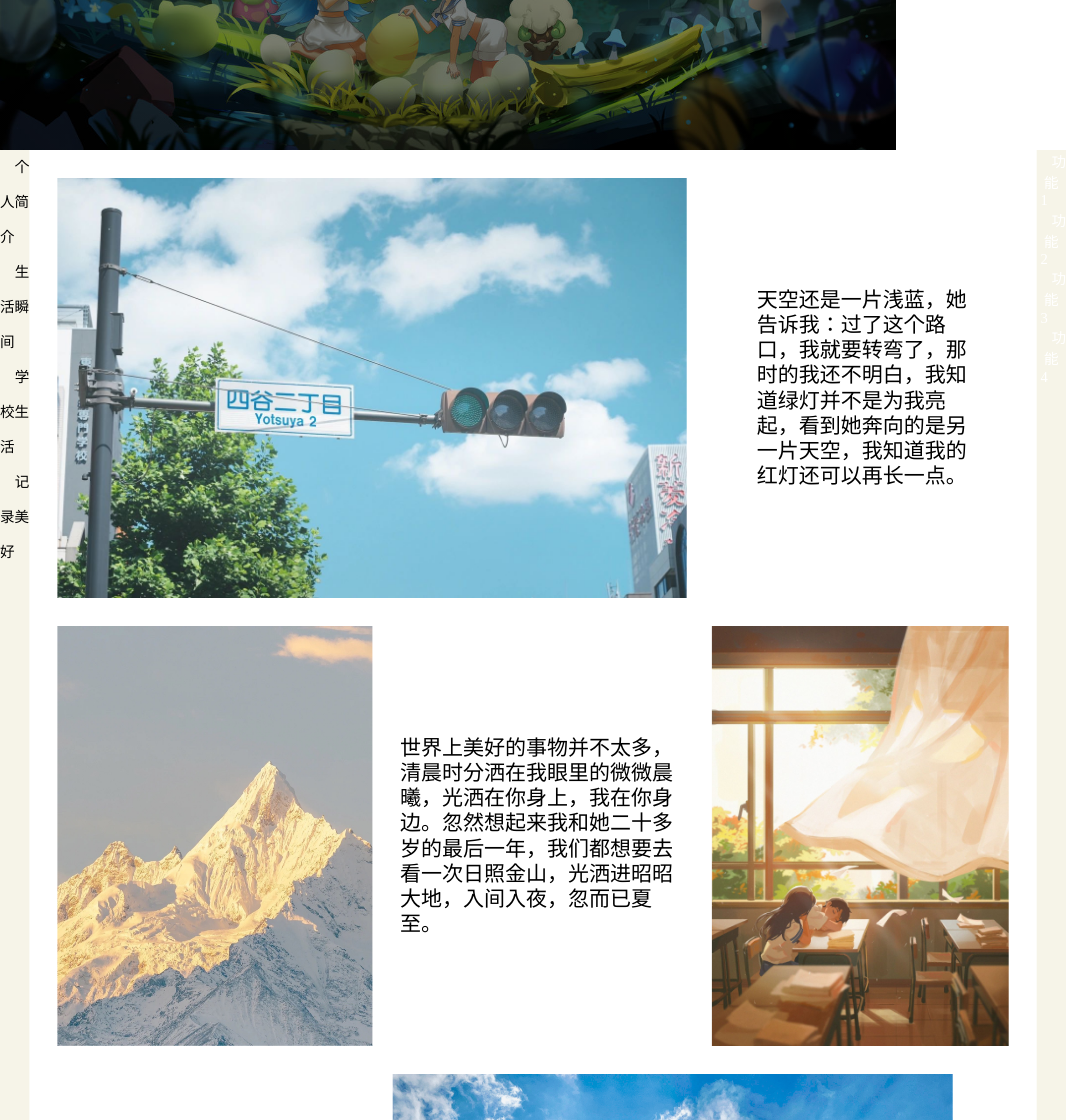
Repository: LuoMingxiang/personal-web
Page: 个人网页.html
These files come from the project's save history. The page is drawn as it stood at one moment and after the next save; the edit follows.
The browser window is 1280 px wide. The page is 1523 px wide, so the pictures cover 1523 px, including what lies to the right of the window. The pictures show the part of the page from y = 506 to 2106 px (the page is 5416 px tall), at 70% of full size.

Above is the page before, as saved 2022-11-01 19:53:51.
Console error: ReferenceError: $ is not defined

### 个人网页.html
<!DOCTYPE html>
<html lang="en">

<head>
    <meta charset="UTF-8">
    <meta http-equiv="X-UA-Compatible" content="IE=edge">
    <meta name="viewport" content="width=device-width, initial-scale=1.0">
    <title>Personal Page</title>
    <link href="CSS/person.css" rel="stylesheet" type="text/css">
</head>

<body>
    <header>
        <div class="main">
            <ul class="nav">
                <li class="active"><a href="#">首页</a></li>
                <li><a href="https://www.douyin.com/user/MS4wLjABAAAAqLax_QWLrgQVyPnH0NhT_vt7N41OGVWqVMpveifAVXE"
                        target="_blank">记录美好</a>
                </li>
                <li>
                    <a href="#">社交</a>
                    <ul>
                        <a href="https://space.bilibili.com/38588498" target="_blank">Bilibili个人中心</a>
                        <a href="https://www.douyin.com/user/MS4wLjABAAAAqLax_QWLrgQVyPnH0NhT_vt7N41OGVWqVMpveifAVXE"
                            target="_blank">抖音个人中心</a>
                        <a href="https://www.xiaohongshu.com/explore" target="_blank">小红书</a>
                    </ul>
                </li>
                <li>
                    <a href="#introduce">个人简介</a>
                    <ul>
                        <a href="">个人简介1</a>
                        <a href="">个人简介2</a>
                        <a href="">个人简介3</a>
                    </ul>
                </li>
                <li>
                    <a href="#live">生活瞬间</a>
                    <ul>
                        <a href="">生活瞬间1</a>
                        <a href="">生活瞬间2</a>
                        <a href="">生活瞬间3</a>
                    </ul>
                </li>
                <li>
                    <a href="#school">校园生活</a>
                    <ul>
                        <a href="">校园生活1</a>
                        <a href="">校园生活2</a>
                        <a href="">校园生活3</a>
                    </ul>
                </li>
            </ul>
        </div>
        <div class="title">
            <h1>
                <span style="color: rgb(244,96,108);">M</span><span style="color:rgb(230,206,172)">y</span>
                <span style="color: rgb(236, 173, 158);">H</span>o<span
                    style="color: rgb(140, 199, 181);">me</span><span style="color: rgb(209,186,116);">p</span><span
                    style="color: pink;">age</span>
            </h1>
        </div>
    </header>
    <div class="content">
        <div class="container">
            <div class="left-group">
                <!-- 左边区域 -->
                <ul style="line-height:50px;">
                    <li class="personal"><a href="#introduce">个人简介</a></li>
                    <li class="personal"><a href="#live">生活瞬间</a></li>
                    <li class="personal"><a href="#school">学校生活</a></li>
                    <li class="personal"><a href="#photo">记录美好</a></li>
                </ul>
            </div>
            <div class="mid-group">
                <div class="introduce">
                    <div class="introduce_item">
                        <img class="introduce_item_img1" src="images/22.png" alt="">
                        <span class="introduce_item_title1">
                            天空还是一片浅蓝，她告诉我：过了这个路口，我就要转弯了，那时的我还不明白，我知道绿灯并不是为我亮起，看到她奔向的是另一片天空，我知道我的红灯还可以再长一点。
                        </span>
                    </div>
                    <div class="introduce_item">
                        <img class="introduce_item_img2" src="images/23.png" alt="">
                        <span class="introduce_item_title2">
                            世界上美好的事物并不太多，清晨时分洒在我眼里的微微晨曦，光洒在你身上，我在你身边。忽然想起来我和她二十多岁的最后一年，我们都想要去看一次日照金山，光洒进昭昭大地，入间入夜，忽而已夏至。
                        </span>
                        <img class="introduce_item_img2" src="images/35.JPG " alt="">
                    </div>
                    <div class="introduce_item">
                        <span
                            class="introduce_item_title3">微风渐渐拂过，云朵翻涌成夏，夏日欲渐浓郁。在去见你的路上，阳光温暖云朵可爱，柠檬水打翻的瞬间，我看到了夏天，想必风吹过来也是甜甜的吧。</span>
                        <img class="introduce_item_img3" src="images/24.png" alt="">
                    </div>
                    <div class="introduce_item">
                        <img class="introduce_item_img2" src="images/28.png" alt="">
                        <span class="introduce_item_title2">
                            天气好心情就会变好，看周围一切都变得顺眼起来，周围绿树成荫。既然“明天见，就是我会去找你”，那“天气好的话，我们就见面吧：D”

                        </span>
                        <img class="introduce_item_img2" src="images/33.png " alt="">
                    </div>
                </div>
                <div class="live" id="live">生活瞬间</div>
                <div class="school" id="school">学校生活</div>
                <div class="photo" id="photo">
                    <div class="photo_item">

                        <img class="photo_item_img" src="images/4.JPG" alt="">
                        <img class="photo_item_img" src="images/1.JPG" alt="">
                        <img class="photo_item_img" src="images/5.JPG" alt="">
                    </div>
                    <div class="photo_item">
                        <img class="photo_item_img" src="images/17.png" alt="">
                        <img class="photo_item_img" src="images/18.png" alt="">
                        <img class="photo_item_img" src="images/19.png" alt="">
                    </div>
                    <div class="photo_item">
                        <img class="photo_item_img" src="images/12.JPG" alt="">
                        <img class="photo_item_img" src="images/10.JPG" alt="">
                        <img class="photo_item_img" src="images/14.JPG" alt="">
                    </div>
                </div>
                <div class="board">
                    <p style="font-size: 2em;text-align: center;">留言板</p>
                    <textarea name="" id="" class="liuyan"></textarea>
                    <button class="btn_fabu">发布</button>
                    <ul>
                    </ul>
                </div>
            </div>
            <div class="right-group">
                <div>
                    <ul >
                        <li><a href="">功能1</a></li>
                        <li><a href="">功能2</a></li>
                        <li><a href="">功能3</a></li>
                        <li><a href="">功能4</a></li>
                    </ul>
                </div>
            </div>
        </div>
        <div class="foot">foot</div>
        <a class="top" href="#top">返回首页</a>
    </div>
</body>
<!-- <script src="./JS/person.js" type="text/javascript"></script> -->
<script src="./JS/person.js" type="text/javascript"></script>

</html>

### CSS/person.css

* {
    padding: 0;
    margin: 0;
    font-family: "楷体";

}

header {
    background-image: linear-gradient(rgba(0, 0, 0, 0.5), rgba(0, 0, 0, 0.5)),
    url(../images/2233娘.jpg);
    height: 100vh;
    background-size: cover;
    background-position: center;
}


.main ul {
    float: right;
    list-style-type: none;
    margin: 15px;

}
.nav a{
    display: block;

}
.nav ul{
    display: none;
}

ul li {
    display: inline-block;

}

ul li a {
    text-decoration: none;
    color: #fff;
    padding: 5px 20px;
    border: 1px solid transparent;
    transition: .6s ease;
    border-radius: 20px;

}

ul li a:hover {
    background-color: #fff;
    color: #000;
}

.title {
    position: absolute;
    top: 50%;
    left: 50%;
    transform: translate(-50%, -50%);
}

.title h1,
h1 span {
    color: #fff;
    font-size: 70px;
    font-family: Century Gothic;
}

.left-group,
.right-group {
    width: 200px;
    background-color: #F6F4E8;
    text-align: center;
    font-size: 1.3em;
}

.mid-group {
    flex: 1;
}

.container {
    /* position: absolute; */
    width: 100%;
    display: flex;
    top: 100px;
    bottom: 100px;
}

.personal {
    display: list-item;
    text-align: center;
}

.personal a {
    color: #000;
}

.introduce {
    display: flex;
    flex-direction: column;
}

.introduce_item {
    display: flex;
    font-size: 30px;
    justify-content: center;
    margin-top: 40px;
}

.introduce_item_img1 {
    margin-left: 40px;
    height: 600px;
}

.introduce_item_img2 {
    margin-right: 40px;
    margin-left: 40px;
    height: 600px;
}

.introduce_item_img3 {
    height: 600px;

}

.introduce_item_title1 {
    width: 300px;
    margin-left: 100px;
    line-height: 36px;
    align-self: center;
    padding-right: 100px;
}

.introduce_item_title2 {
    flex: 1;
    align-self: center;
    line-height: 36px;
}

.introduce_item_title3 {
    width: 300px;
    line-height: 36px;
    align-self: center;
    padding-right: 100px;
}

.photo_item {
    display: flex;
    flex: 1;
    margin-top: 110px;
    margin-left: auto;
    margin-right: auto;
}

.photo_item_img {
    margin-left: auto;
    margin-right: 50px;
    float: left;
    height: 500px;
}

.board{
    padding-top: 1em;
    height: 200px;
    text-align: center;
}

.board textarea{
    font-size: 1.5em;
    width: 300px;
    height: 150px;
    border: 3px ;
    border-radius:20px;
    outline: none;
    resize: none;
    overflow: hidden;
    background-color: #FDF5E6;
    padding: 0.7em;

}
.btn_fabu{
    font-size: 2em;
    border: 2px solid #3d649b;
    border-radius:15px;
    background-color: #cdd9e2;
}
.btn_fabu:hover{
    cursor: pointer;
    background-color: #718eb6;
}
.btn_fabu button{
    padding-left: 10px;
    /* background-color: #dbe0bf; */
}
.board ul li {
    display:block;
    width: 380px;
    padding: 8px ;
    background-color: #e8eccf;
    border-radius:20px;
    color: #454c3c;
    font-weight: bolder;
    font-size: 20px;
    margin: 10px auto;
}

.board ul li a{
    float: right;
    color: #1f1cc1;
    padding: 0;
}
.board ul li button{
    border-radius: 15px;
    width: 42px;
    height: 24.4px;
    float: right;
    border: none;
    background-color: transparent;
    color: #d6793d;
    font-weight: bolder;
    font-size: 20px;
    margin-right: 10px;
}
.board ul li button:hover{
    cursor: pointer;
    background-color: #fff;
    border: none;
}
.slider-bar{
    top: 900px;
    width: 90px;
    height: 320px;
    position: absolute;
    border-radius: 50px;
    background:#8cc7b5;
    left: 94%;
    opacity:90%;
    border:solid #000;
    font-weight: bolder;
}
.slider-bar a{
    color: #000;
    background-repeat: no-repeat;
    background-size: 100% 100%;
}
.slider-bar li{
    margin-top: 2em;
}
.feedback div{
    /* left: 93%; */
    right: 0%;
    width: 100px;
    height: 50px;
    background-color: pink;
    position: fixed;
    top: 91%;
    border-radius: 20px;
    border: none;
    font-size: larger;
    background-repeat: no-repeat;
    background-size: contain;
}
.feedback_con{
    right: 0%;
    background-color: blue;
    z-index: -1;
    position: fixed;
    width: 200px;
    height: 50px;
}

### JS/person.js
// 导航下拉菜单栏 js原生实现
// var nav = document.querySelector('.nav');
// var lis = nav.children;
// for (var i = 0; i < lis.length; i++) {
//     lis[i].onmouseover = function () {
//         this.children[1].style.display = 'block';
//     }
//     lis[i].onmouseout = function () {
//         this.children[1].style.display = 'none';
//     }
// }
// jQuery实现 方法一
// $(".nav>li").mouseover(function () {
//     $(this).children("ul").slideDown(200);
// });
// $(".nav>li").mouseout(function () {
//     $(this).children("ul").slideUp(200);
// });
// jQuery实现 方法二
// $(".nav>li").hover(function () {
//     $(this).children("ul").slideDown(200);
// }, function () {
//     $(this).children("ul").slideUp(200);
// });
// jQuery实现 方法三

$(".nav>li").hover(function () {
    // 写stop()是结束动画排队的问题
    $(this).children("ul").stop().slideToggle();

});


var board = document.querySelector('.board');
var text_liuyan = document.querySelector('.liuyan');
var btn_fabu = document.querySelector('.btn_fabu');
var ul_fabu = board.querySelector("ul");
btn_fabu.onclick = function () {
    if (text_liuyan.value == '') {
        alert('您没有输入内容');
        return false;
    } else {
        // (1) 创建元素
        var li = document.createElement('li');
        // 先有li 才能赋值 javascript:;可能会引起未知的错误
        // li.innerHTML = text_liuyan.value + "<a href='#'>删除</a>";
        li.innerHTML = text_liuyan.value + "<a id='delete1' href='javascript:;'>删除</a>" + "  " + "<button id='add1'>+1</button>";
        // (2) 添加元素
        ul_fabu.insertBefore(li, ul_fabu.children[0]);
        // (3) 删除元素
        document.getElementById('delete1').addEventListener('click', function (e) {
            var box = document.getElementById("delete1");
            box.parentNode.remove();
        });
        // (4)留言加一 但未真正实现留言板加一的功能，新增的留言不能实现删除和加一
        document.getElementById('add1').addEventListener('click', function (e) {
            var box = document.getElementById("add1");
            var lili = box.parentNode.cloneNode(true);
            ul_fabu.insertBefore(lili, ul_fabu.children[0]);
        })
    }
}
var sliderbar = document.querySelector('.slider-bar');
var container = document.querySelector('.container');
// console.log(container.offsetTop);
var juli = sliderbar.offsetTop - container.offsetTop;
// console.log(juli);
document.addEventListener('scroll', function () {
    if (window.pageYOffset >= container.offsetTop) {
        sliderbar.style.top = juli + 'px';
        sliderbar.style.position = 'fixed';
    } else {
        sliderbar.style.position = 'absolute';
        sliderbar.style.top = '900px';
    }
});
// 返回顶部 方法二 js实现
var goBack = document.querySelector('.goBack');
goBack.addEventListener('click', function () {
    window.scroll(0, 0);
});
var feedback = document.querySelector('.feedback');
console.log(feedback);

After the next save:
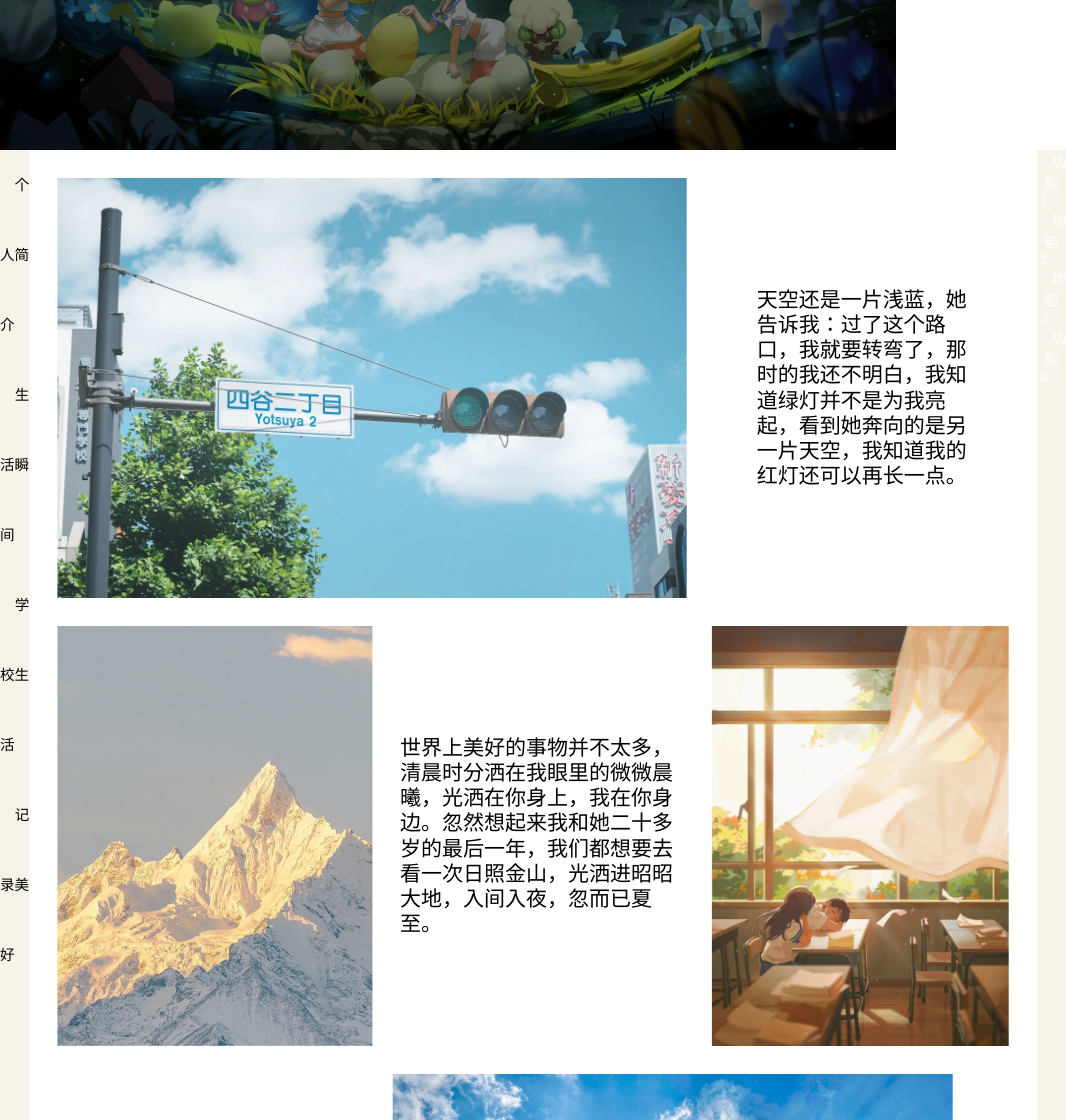
Saved 16 s later.
--- a/个人网页.html
+++ b/个人网页.html
@@ -65,7 +65,7 @@
         <div class="container">
             <div class="left-group">
                 <!-- 左边区域 -->
-                <ul style="line-height:50px;">
+                <ul style="line-height:100px;">
                     <li class="personal"><a href="#introduce">个人简介</a></li>
                     <li class="personal"><a href="#live">生活瞬间</a></li>
                     <li class="personal"><a href="#school">学校生活</a></li>
@@ -131,7 +131,7 @@
             </div>
             <div class="right-group">
                 <div>
-                    <ul >
+                    <ul>
                         <li><a href="">功能1</a></li>
                         <li><a href="">功能2</a></li>
                         <li><a href="">功能3</a></li>
